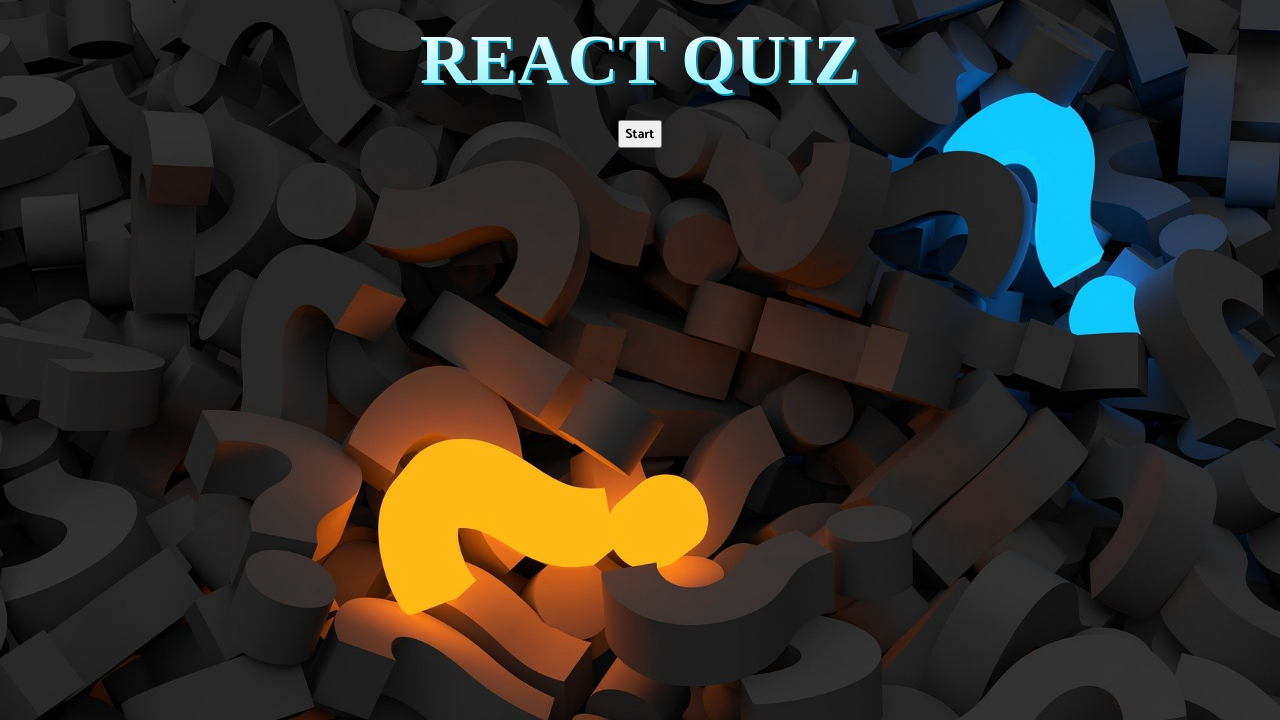
Repository: KrzysKolo/quizAPP
Page: /
These files come from the project's save history. The page is drawn as it stood at one moment and after the next save; the edit follows.
The browser window is 1280 px wide. The pictures show the whole page.
The project was rebuilt for these pictures with package versions that can differ from the ones it lists, and the page was loaded fresh each time. Also part of the build but not shown: src/components/QuestionCard.tsx. Imported but missing from the stored project, and not drawn on this page: src/components/QuestionCard.styles.

Above is the page before, as saved 2021-04-24 19:10:35.

After the next save:
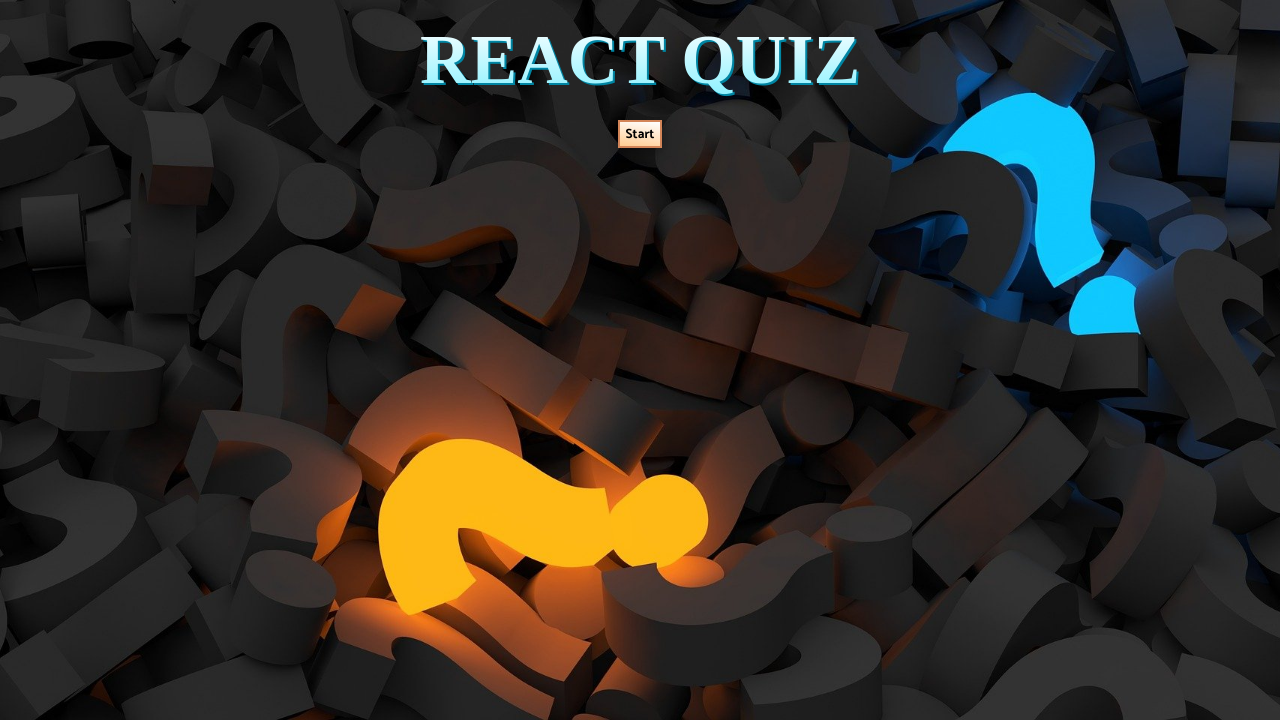
Saved 4 min 12 s later.
--- a/src/App.style.ts
+++ b/src/App.style.ts
@@ -49,4 +49,10 @@ export const Wrapper = styled.div`
     text-align: center;
     margin: 20px;
   }
+  .start, .next {
+    cursor: pointer;
+    background: linear-gradient(189deg, #fff, #ffcc91);
+    border: 2px solid #d38558;
+    box-shadow: 0px 5px 10px rgba(0, 0, 0, .25);
+  }
 `;
